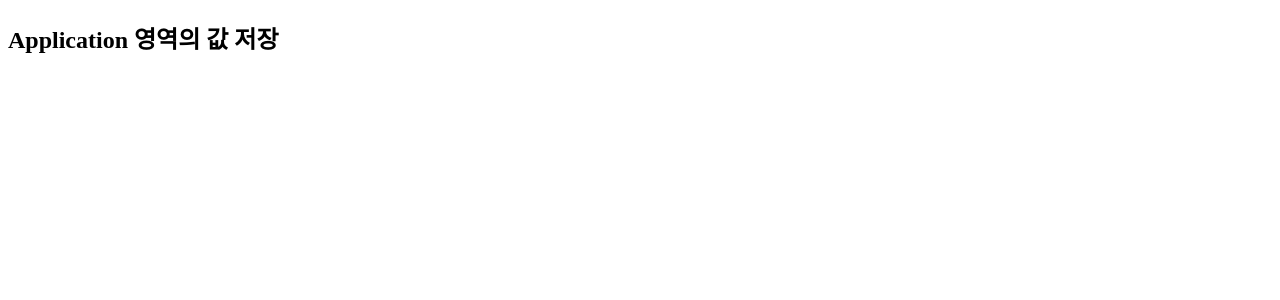
Repository: AHJ2616/Java
Page: http://localhost/board-jsp/03Scope/ApplicationMain.jsp
These files come from the project's save history. The page is drawn as it stood at one moment and after the next save; the edit follows.
The browser window is 1280 px wide. The pictures show the whole page.
The page is served by Tomcat 9. Other server files are loaded and not shown.

Above is the page before, as saved 2024-07-23 07:22:15.

### jsp_workspace/board-jsp/src/main/webapp/03Scope/ApplicationMain.jsp
<%@page import="java.util.Map"%>
<%@page import="common.Person"%>
<%@page import="java.util.HashMap"%>
<%@ page language="java" contentType="text/html; charset=UTF-8"
    pageEncoding="UTF-8"%>
<!DOCTYPE html>
<html>
<head>
<meta charset="UTF-8">
<title>ApplicationMain : 톰캣이 갖고 있는 영역</title>
<!-- 톰캣 종료시 사라진다 -->
</head>
<body>
<h2>Application 영역의 값 저장</h2>
<%
Map<String,Person> maps = new HashMap<String,Person>();
maps.put("학생1", new Person("이현우",20));
maps.put("학생2", new Person("함시은",24));

application.setAttribute("Amaps", maps); // application 영역에 값 저장
%>
</body>
</html>

### jsp_workspace/board-jsp/src/main/java/common/Person.java
package common;

public class Person {
	// JavaBeans 규약

	private String name;
	private int age;

	//기본 생성자
	public Person() {}



	//커스텀 생성자
	public Person(String name, int age) {
		this.name = name;
		this.age = age;
	}

	// getter&setter method
	public String getName() {
		return name;
	}
	public int getAge() {
		return age;
	}
	public void setName(String name) {
		this.name = name;
	}
	public void setAge(int age) {
		this.age = age;
	}
}//class end

After the next save:
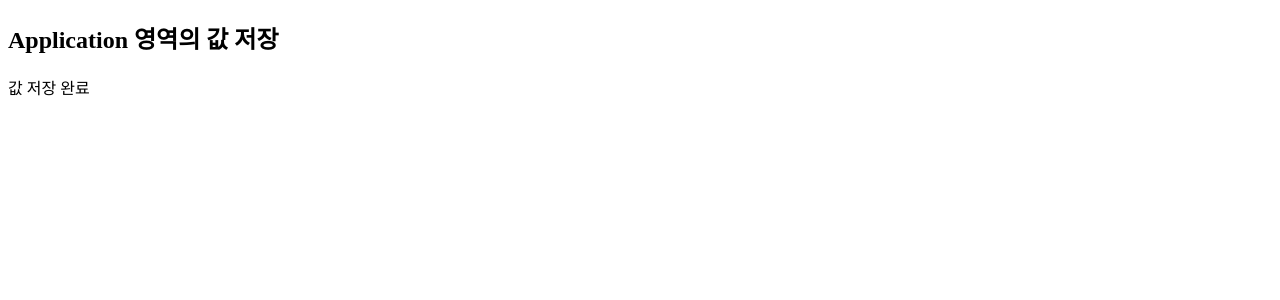
Saved 24 s later.
--- a/jsp_workspace/board-jsp/src/main/webapp/03Scope/ApplicationMain.jsp
+++ b/jsp_workspace/board-jsp/src/main/webapp/03Scope/ApplicationMain.jsp
@@ -18,6 +18,7 @@ maps.put("학생1", new Person("이현우",20));
 maps.put("학생2", new Person("함시은",24));
 
 application.setAttribute("Amaps", maps); // application 영역에 값 저장
+out.print("값 저장 완료");
 %>
 </body>
 </html>
